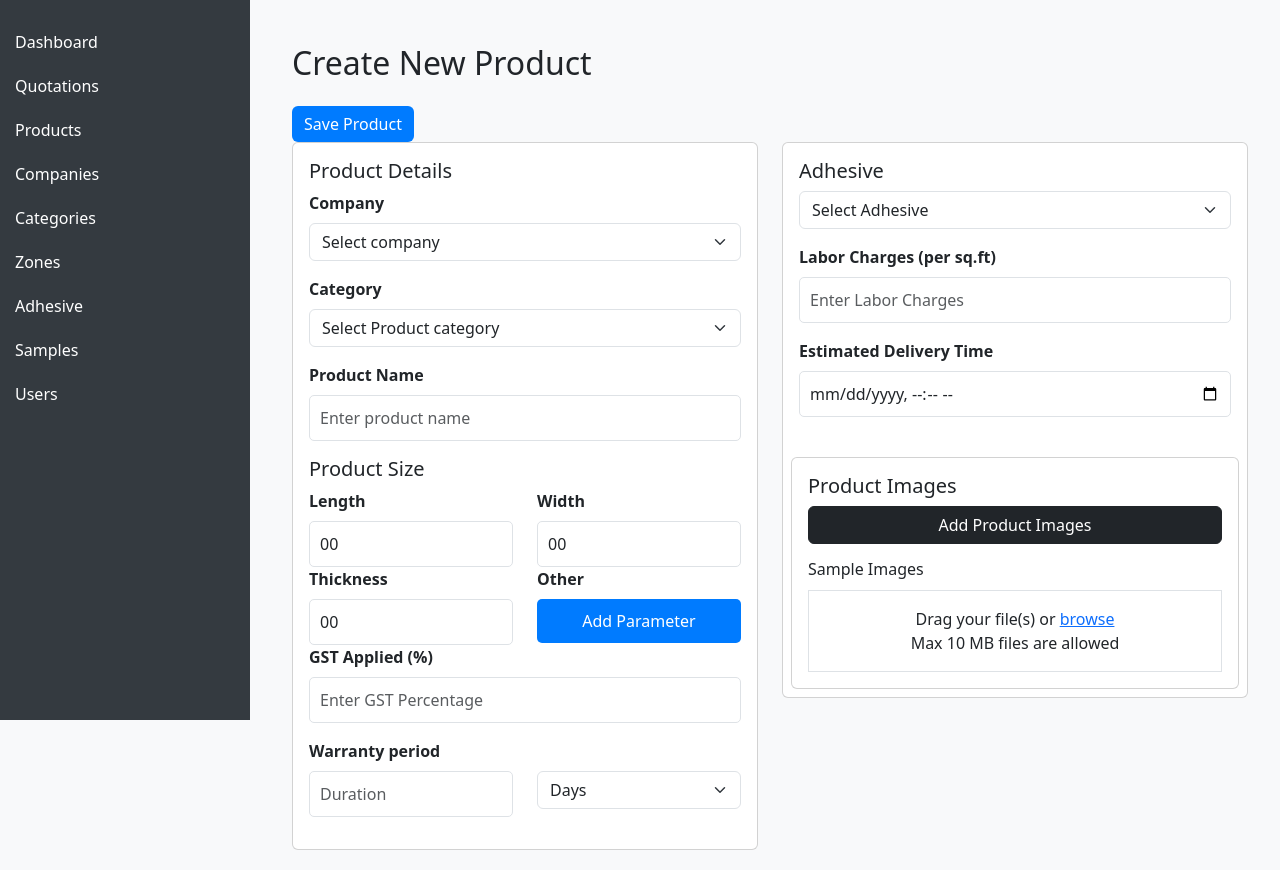
Repository: aniket-t-47/LivedDream
Page: http://localhost/products
An editor plug-in stored every save of this project. The page is shown before and after the next save, followed by the edit.
The browser window is 1280 px wide. The pictures show the whole page.
The page is served by the project's Laravel application, run on PHP 8.4 with Laravel 10. A made-up administrator, Test User (test@example.com), is signed in. Queries for data that is not in the repository find no rows.

Above is the page before, as saved 2025-03-21 12:57:54.

After the next save:
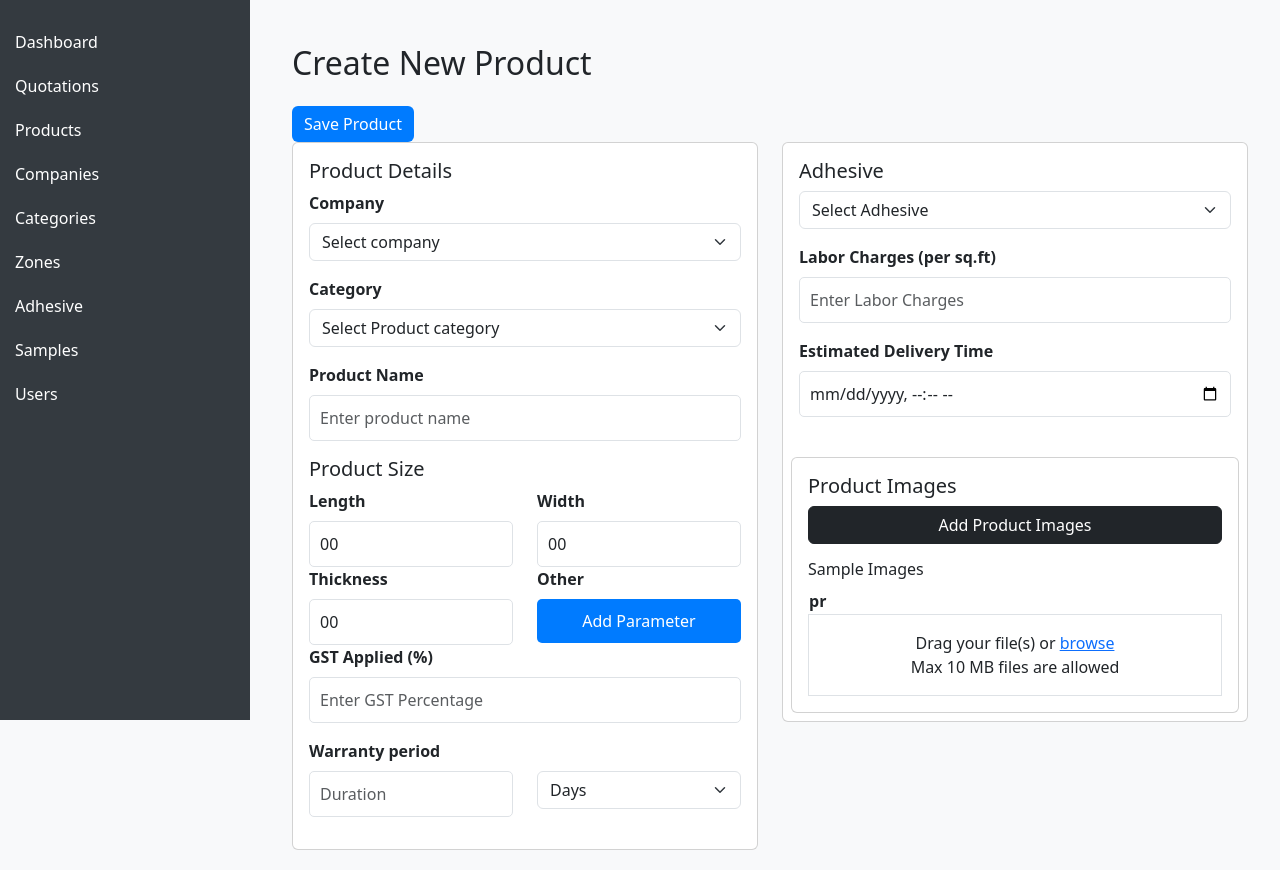
Saved 6 s later.
--- a/liveddream/resources/views/products/create.blade.php
+++ b/liveddream/resources/views/products/create.blade.php
@@ -185,7 +185,7 @@
 
 
                                 <table>
-                                    <th></th>
+                                    <th>pr</th>
                                 </table>
                                 <div class="border p-3 text-center" style="border-style: dashed;">
                                     Drag your file(s) or <a href="#">browse</a>
